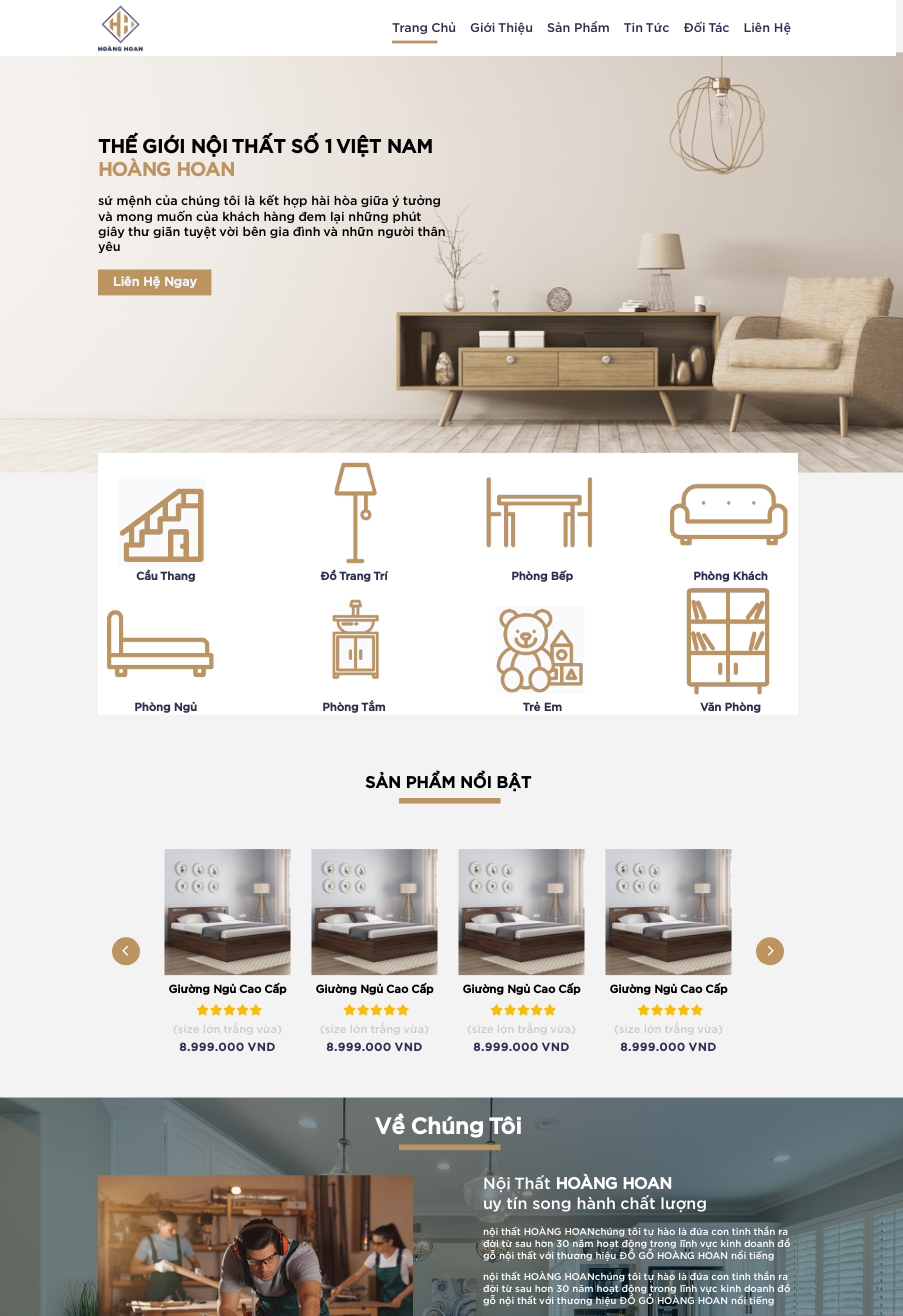
Repository: LDDUNG2003/fontend_project2
Page: index.html
These files come from the project's save history. The page is drawn as it stood at one moment and after the next save; the edit follows.
The browser window is 1280 px wide. The page is 1290 px wide, so the pictures cover 1290 px, including what lies to the right of the window. The pictures show the part of the page from y = 0 to 1880 px (the page is 3674 px tall before and 3693 px after), at 70% of full size.
Some web libraries are served in a nearby version.

Above is the page before, as saved 2023-08-25 15:43:54.
Console error: TypeError: Cannot set properties of null (setting 'href')

After the next save:
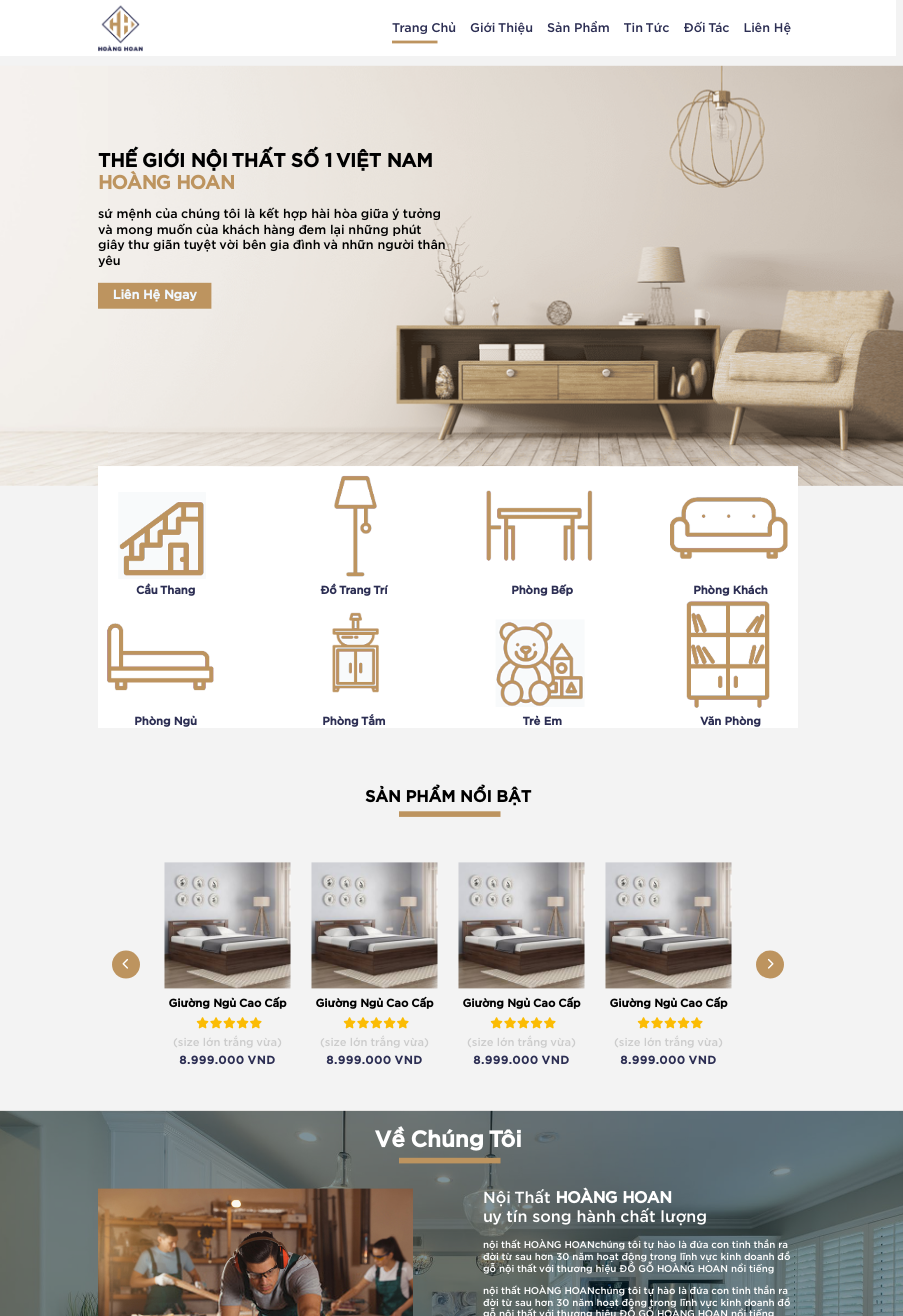
Console error: ReferenceError: jQuery is not defined
Saved 2 days later.
--- a/index.html
+++ b/index.html
@@ -10,6 +10,12 @@
     <link rel="stylesheet" href="./style/css/base.css">
     <link rel="stylesheet" href="./style/css/home.css">
     <script src="https://kit.fontawesome.com/9ffed7d99e.js" crossorigin="anonymous"></script>
+
+
+<link rel="stylesheet" type="text/css" href="//cdn.jsdelivr.net/npm/slick-carousel@1.8.1/slick/slick.css"/>
+
+JS
+
 </head>
 <body>
     <div class="main">
@@ -359,6 +365,7 @@
             </div>
         </footer>
     </div>
+<script type="text/javascript" src="//cdn.jsdelivr.net/npm/slick-carousel@1.8.1/slick/slick.min.js"></script>
     <script src="https://code.jquery.com/jquery-1.12.4.min.js"></script>
     <script src="/style/js/main.js"></script>
 </body>
